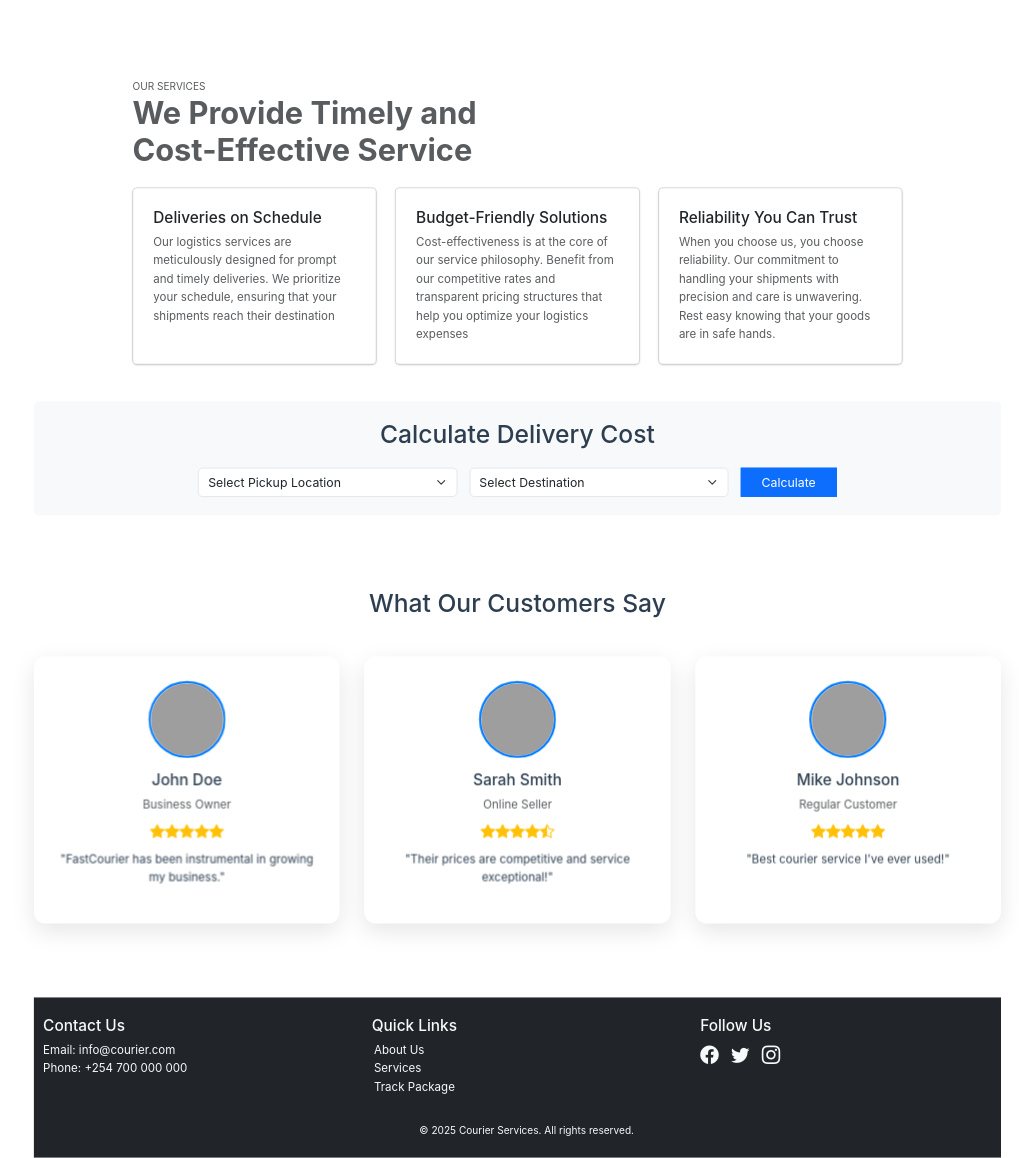
Repository: stancillous/package-yangu-logistics
Page: /
These files come from the project's save history. The page is drawn as it stood at one moment and after a run of saves; the edit follows.
The browser window is 1280 px wide. The page is 1324 px wide, so the pictures cover 1324 px, including what lies to the right of the window. The pictures show the part of the page from y = 676 to 2187 px (the page is 2180 px tall before and 2187 px after), at 77% of full size.
Pictures or frames that could not be fetched are drawn as grey boxes. The project was rebuilt for these pictures with package versions that can differ from the ones it lists, and the page was loaded fresh each time. Also part of the build but not shown: vite.config.ts.

Above is the page before, as saved 2025-01-31 14:18:34.

### index.html
<!DOCTYPE html>
<html lang="">
  <head>
    <meta charset="UTF-8">
    <meta name="viewport" content="width=device-width, initial-scale=1.0">
    <link rel="icon" href="/favicon.ico">

    <!-- Bootstrap CSS -->
    <link href="https://cdn.jsdelivr.net/npm/bootstrap@5.3.0/dist/css/bootstrap.min.css" rel="stylesheet">
    <!-- Bootstrap Icons -->
    <link href="https://cdn.jsdelivr.net/npm/bootstrap-icons@1.11.1/font/bootstrap-icons.css" rel="stylesheet">

    <!-- Fonts -->

    <link rel="preconnect" href="https://fonts.googleapis.com">
    <link rel="preconnect" href="https://fonts.gstatic.com" crossorigin>
    <link href="https://fonts.googleapis.com/css2?family=Roboto:ital,wght@0,100..900;1,100..900&display=swap" rel="stylesheet">
    <title>Courier</title>

    <style>
      body{
        font-family: 'Roboto', sans-serif;
        overflow-x: hidden;
        width: 100vw;
      }

      button{
        border-radius: 0 !important;
      }

    </style>
  </head>
  <body>
    <div id="app"></div>


    <script type="module" src="/src/main.ts"></script>
    <!-- Bootstrap JS -->
    <script src="https://cdn.jsdelivr.net/npm/bootstrap@5.3.0/dist/js/bootstrap.bundle.min.js"></script>
  </body>
</html>

### src/main.ts
import './assets/main.css'

import { createApp } from 'vue'
import App from './App.vue'
import router from './router'

// import { BootstrapVue, BootstrapVueIcons } from 'bootstrap-vue'

// import 'bootstrap/dist/css/bootstrap.css'
// import 'bootstrap-vue/dist/bootstrap-vue.css'

const app = createApp(App)

// app.use(BootstrapVue)
// app.use(BootstrapVueIcons)

app.use(router)

app.mount('#app')

### src/App.vue
<script setup lang="ts">
import { RouterLink, RouterView } from 'vue-router'
import Index from './views/Index.vue'
</script>

<template>
  <div>
    <Index/>
  </div>

</template>

<style scoped>

body{
  border: 8px solid red !important;
}
</style>

### src/router/index.ts
import { createRouter, createWebHistory } from 'vue-router'
import Index from '../views/Index.vue'

const router = createRouter({
  history: createWebHistory(import.meta.env.BASE_URL),
  routes: [
    {
      path: '/',
      name: 'home',
      component: Index,
    },
    // {
    //   path: '/about',
    //   name: 'about',
    //   // route level code-splitting
    //   // this generates a separate chunk (About.[hash].js) for this route
    //   // which is lazy-loaded when the route is visited.
    //   component: () => import('../views/AboutView.vue'),
    // },
  ],
})

export default router

### src/views/Index.vue
<template>
    <div class="container">
      <nav class="navbar navbar-expand-lg navbar-light bg-white fixed-top shadow-sm">
        <div class="container">
          <a class="navbar-brand d-flex align-items-center" href="#">
            <i class="bi bi-box-seam fs-2 text-primary me-2"></i>
            <span class="fw-bold">FastCourier</span>
          </a>
          <button class="navbar-toggler" type="button" data-bs-toggle="collapse" data-bs-target="#navbarNav">
            <span class="navbar-toggler-icon"></span>
          </button>
          <div class="collapse navbar-collapse" id="navbarNav">
              <ul class="navbar-nav ms-auto">
                  <li><small class="text-uppercase"><a class="nav-link" href="#">home</a></small></li>
                  <li><small class="text-uppercase"><a class="nav-link" href="#">services</a></small></li>
                  <li><small class="text-uppercase"><a class="nav-link" href="#">about us</a></small></li>
                  <li><small class="text-uppercase"><a class="nav-link" href="#">news</a></small></li>
              </ul>
              <div class="ms-5">
                  <button class="btn btn-sm btn-outline-primary">CONTACT US</button>
              </div>
          </div>
        </div>
      </nav>

      <div class="content-wrapper">
        <div class="hero-section">
            <div class="hero-content">
                <h1 class="fw-bold  display-4">Seamless Shipping, <br> Unmatched Care</h1>
                <p class="card-text">Delivering Convenience with Every Shipment. Enjoy smooth logistics and outstanding customer service backed by our commitment to excellence.</p>
                <button class="btn btn-sm btn-light px-4 py-2 text-primary">Get Started</button>
            </div>
        </div>


        <!-- Services Section -->
        <div style="padding-top: 700px;" class="section-wrp">
            <small class="text-muted text-uppercase">our Services</small>
          <h2 class="fw-bold display-6 mb-4 text-muted">We Provide Timely and <br> Cost-Effective Service</h2>
          <div class="row g-4">
            <div class="col-md-4">
              <div class="card h-100">
                <div class="card-body">
                  <!-- <i class="bi bi-truck fs-1 text-primary mb-3"></i> -->
                  <h5 class="card-title">Deliveries on Schedule</h5>
                  <p class="card-text text-muted">Our logistics services are meticulously designed for prompt and timely deliveries. We prioritize your schedule, ensuring that your shipments reach their destination</p>
                </div>
              </div>
            </div>
            <div class="col-md-4">
              <div class="card h-100">
                <div class="card-body">
                  <!-- <i class="bi bi-globe fs-1 text-primary mb-3"></i> -->
                  <h5 class="card-title">Budget-Friendly Solutions</h5>
                  <p class="card-text text-muted">Cost-effectiveness is at the core of our service philosophy. Benefit from our competitive rates and transparent pricing structures that help you optimize your logistics expenses</p>
                </div>
              </div>
            </div>
            <div class="col-md-4">
              <div class="card h-100">
                <div class="card-body">
                  <!-- <i class="bi bi-shield-check fs-1 text-primary mb-3"></i> -->
                  <h5 class="card-title">Reliability You Can Trust</h5>
                  <p class="card-text text-muted">When you choose us, you choose reliability. Our commitment to handling your shipments with precision and care is unwavering. Rest easy knowing that your goods are in safe hands.</p>
                </div>
              </div>
            </div>
          </div>
        </div>

        <!-- Delivery Calculator -->
        <div class="calculator-section my-5 py-4 bg-light rounded">
          <h2 class="text-center mb-4">Calculate Delivery Cost</h2>
          <div class="row justify-content-center">
            <div class="col-md-8">
              <div class="row g-3">
                <div class="col-md-5">
                  <select v-model="pickup" class="form-select">
                    <option value="" disabled selected>Select Pickup Location</option>
                    <option value="nairobi">Nairobi</option>
                    <option value="mombasa">Mombasa</option>
                    <option value="kisumu">Kisumu</option>
                    <option value="nakuru">Nakuru</option>
                    <option value="eldoret">Eldoret</option>
                  </select>
                </div>
                <div class="col-md-5">
                  <select v-model="destination" class="form-select">
                    <option value="" disabled selected>Select Destination</option>
                    <option value="nairobi">Nairobi</option>
                    <option value="mombasa">Mombasa</option>
                    <option value="kisumu">Kisumu</option>
                    <option value="nakuru">Nakuru</option>
                    <option value="eldoret">Eldoret</option>
                  </select>
                </div>
                <div class="col-md-2">
                  <button @click="calculatePrice" class="btn btn-primary w-100">Calculate</button>
                </div>
              </div>
              <div v-if="price" class="mt-4 text-center">
                <h4>Estimated Cost: KES {{ price }}</h4>
              </div>
            </div>
          </div>
        </div>

        <!-- Reviews Section -->
        <div class="reviews-section my-5 py-5">
          <h2 class="text-center mb-5">What Our Customers Say</h2>
          <div class="reviews-grid">
            <div class="review-card">
              <div class="review-image">
                <img src="https://randomuser.me/api/portraits/men/32.jpg" alt="John Doe">
              </div>
              <h5 class="mt-3">John Doe</h5>
              <p class="text-muted mb-2">Business Owner</p>
              <div class="rating mb-2">
                <i class="bi bi-star-fill text-warning"></i>
                <i class="bi bi-star-fill text-warning"></i>
                <i class="bi bi-star-fill text-warning"></i>
                <i class="bi bi-star-fill text-warning"></i>
                <i class="bi bi-star-fill text-warning"></i>
              </div>
              <p>"FastCourier has been instrumental in growing my business."</p>
            </div>

            <div class="review-card">
              <div class="review-image">
                <img src="https://randomuser.me/api/portraits/women/44.jpg" alt="Sarah Smith">
              </div>
              <h5 class="mt-3">Sarah Smith</h5>
              <p class="text-muted mb-2">Online Seller</p>
              <div class="rating mb-2">
                <i class="bi bi-star-fill text-warning"></i>
                <i class="bi bi-star-fill text-warning"></i>
                <i class="bi bi-star-fill text-warning"></i>
                <i class="bi bi-star-fill text-warning"></i>
                <i class="bi bi-star-half text-warning"></i>
              </div>
              <p>"Their prices are competitive and service exceptional!"</p>
            </div>

            <div class="review-card">
              <div class="review-image">
                <img src="https://randomuser.me/api/portraits/men/67.jpg" alt="Mike Johnson">
              </div>
              <h5 class="mt-3">Mike Johnson</h5>
              <p class="text-muted mb-2">Regular Customer</p>
              <div class="rating mb-2">
                <i class="bi bi-star-fill text-warning"></i>
                <i class="bi bi-star-fill text-warning"></i>
                <i class="bi bi-star-fill text-warning"></i>
                <i class="bi bi-star-fill text-warning"></i>
                <i class="bi bi-star-fill text-warning"></i>
              </div>
              <p>"Best courier service I've ever used!"</p>
            </div>
          </div>
        </div>

        <!-- Footer -->
        <footer class="bg-dark text-light py-4 mt-5">
          <div class="container">
            <div class="row">
              <div class="col-md-4">
                <h5>Contact Us</h5>
                <p>Email: info@courier.com<br>
                   Phone: +254 700 000 000</p>
              </div>
              <div class="col-md-4">
                <h5>Quick Links</h5>
                <ul class="list-unstyled">
                  <li><a href="#" class="text-light">About Us</a></li>
                  <li><a href="#" class="text-light">Services</a></li>
                  <li><a href="#" class="text-light">Track Package</a></li>
                </ul>
              </div>
              <div class="col-md-4">
                <h5>Follow Us</h5>
                <div class="fs-4">
                  <i class="bi bi-facebook me-3"></i>
                  <i class="bi bi-twitter me-3"></i>
                  <i class="bi bi-instagram"></i>
                </div>
              </div>
            </div>
            <div class="text-center mt-3">
              <small>&copy; 2025 Courier Services. All rights reserved.</small>
            </div>
          </div>
        </footer>
      </div>
    </div>
  </template>

  <script>
  export default {
    name: 'Index',
    data() {
      return {
        pickup: '',
        destination: '',
        price: null
      }
    },
    methods: {
      calculatePrice() {
        if (this.pickup && this.destination) {
          // Generate a random price between 1000 and 5000
          this.price = Math.floor(Math.random() * (5000 - 1000 + 1)) + 1000;
        }
      }
    }
  }
  </script>

  <style scoped>

.container {
      width: 100vw;
      max-width: 1500px;
      margin: auto;
  }

  .section-wrp{
    max-width: 1000px;
    margin: 1rem auto;
  }

.hero-section {
    position: absolute;
    left: 0;
  width: 100vw;
  height: 600px;
  background-image: url('https://images.unsplash.com/photo-1578575437130-527eed3abbec');
  background-size: cover;
  background-position: center;
  /* position: relative; */
  display: flex;
  align-items: center;
  justify-content: center;
  color: white;
  margin-left: calc(-50vw + 50%);
  margin-right: calc(-50vw + 50%);
}

.hero-section::before {
  content: '';
  position: absolute;
  top: 0;
  left: 0;
  width: 100%;
  height: 100%;
  background: rgba(0, 0, 0, 0.6);
}

.hero-content {
  position: relative;
  z-index: 2;
  max-width: 800px;
  text-align: left;
  padding: 0 1rem;
}




  .content-wrapper {
      margin-top: 76px;
  }


  .card {
    padding: 10px;
    box-shadow: rgba(0, 0, 0, 0.1) 0px 1px 3px 0px, rgba(0, 0, 0, 0.06) 0px 1px 2px 0px;

    p{
        line-height: 160%;
    }
  }

  .reviews-grid {
      display: grid;
      grid-template-columns: repeat(auto-fit, minmax(300px, 1fr));
      gap: 2rem;
      perspective: 1000px;
  }

  .review-card {
      background: white;
      border-radius: 15px;
      padding: 2rem;
      text-align: center;
      box-shadow: 0 10px 30px rgba(0, 0, 0, 0.1);
      transition: transform 0.5s;
      transform-style: preserve-3d;
  }

  .review-card:hover {
      transform: translateZ(20px) rotateX(5deg);
  }

  .review-image {
      width: 100px;
      height: 100px;
      margin: 0 auto;
      border-radius: 50%;
      overflow: hidden;
      border: 3px solid #007bff;
  }

  .review-image img {
      width: 100%;
      height: 100%;
      object-fit: cover;
  }

  .rating {
      font-size: 1.2rem;
  }

  @media (max-width: 768px) {
      .reviews-grid {
          grid-template-columns: 1fr;
      }
  }
  </style>

Loaded but not shown: src/assets/main.css (common file); src/assets/base.css (common file)

After the next 13 saves:
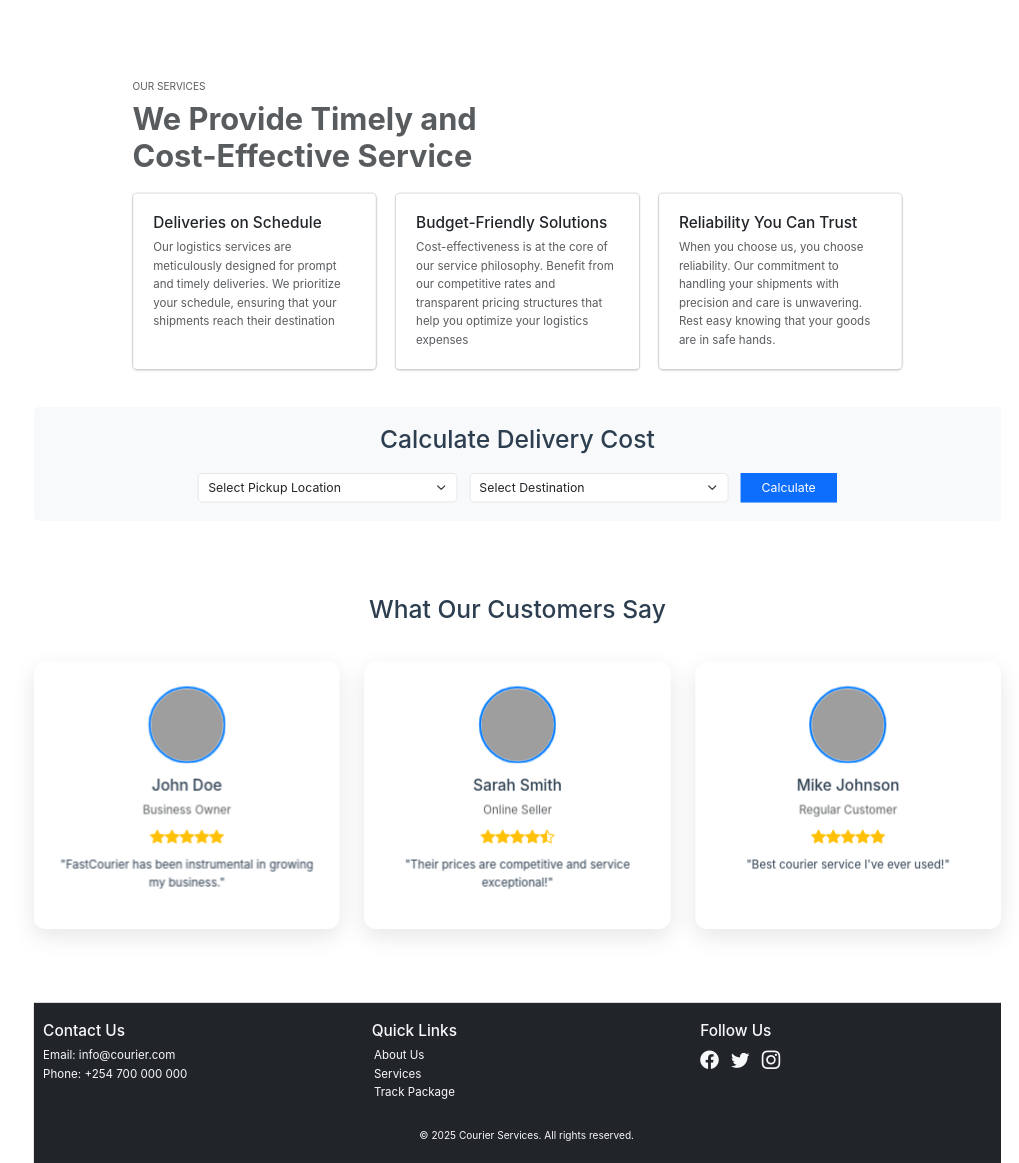
The 13 saves are shown as one change because they came seconds apart.
The last was saved 19 s later.
--- a/src/views/Index.vue
+++ b/src/views/Index.vue
@@ -35,7 +35,7 @@
 
         <!-- Services Section -->
         <div style="padding-top: 700px;" class="section-wrp">
-            <small class="text-muted text-uppercase">our Services</small>
+            <small class="text-muted text-uppercase d-inline-block mb-2">our Services</small>
           <h2 class="fw-bold display-6 mb-4 text-muted">We Provide Timely and <br> Cost-Effective Service</h2>
           <div class="row g-4">
             <div class="col-md-4">
